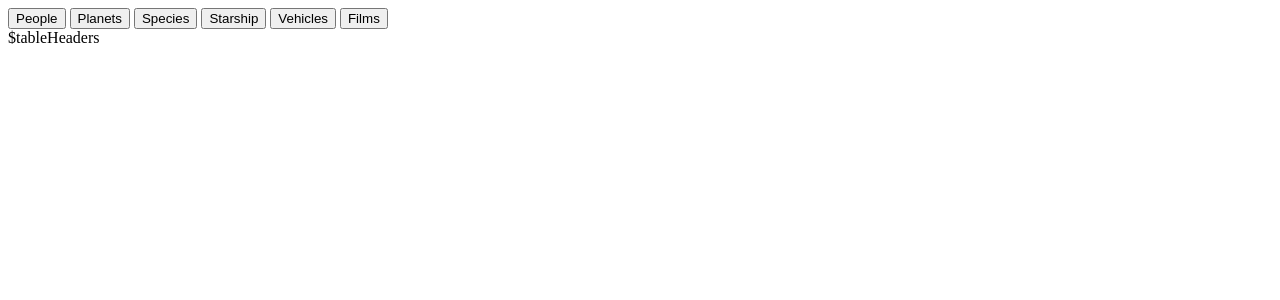
Repository: SOliv1/dom-data
Page: ajax-script/index.html
The author's editor kept a record of every edit. The page is drawn from the files as they stood at one moment, then again after the next edit.
The browser window is 1280 px wide. The pictures show the whole page.
After loading, the first visible `button` was clicked once.
The page's requests for data from a server got no answer.

Above is the page before.

After the next edit:
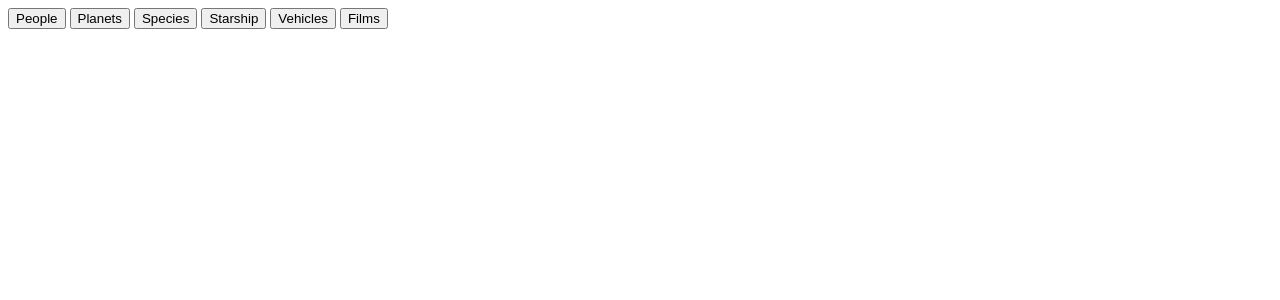
The edit:
--- a/ajax-script/main.js
+++ b/ajax-script/main.js
@@ -42,7 +42,7 @@
 function writeToDocument(type) {
     var el = document.getElementById("data");
 
-    el.innerHTML = `<table>$tableHeaders</table>`;
+    el.innerHTML = "";
 
 
 
